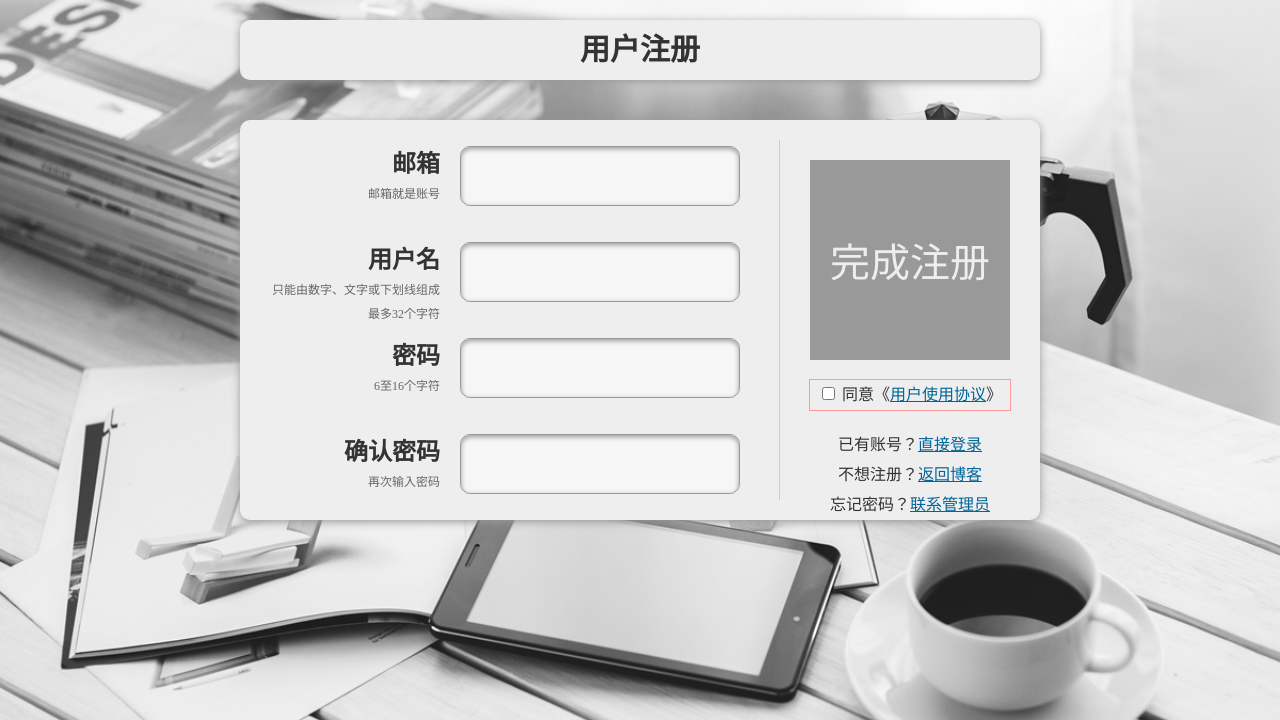
Repository: SUT-GC/myblog
Page: http://localhost/myblog/jsp/registered/registered.jsp
These files come from the project's save history. The page is drawn as it stood at one moment and after the next save; the edit follows.
The browser window is 1280 px wide. The pictures show the whole page.
The page is served by Tomcat 9. Other server files are loaded and not shown.

Above is the page before, as saved 2015-09-30 11:48:17.

### javaee_workspace/myblog/WebContent/jsp/registered/registered.jsp
<%@ page language="java" contentType="text/html; charset=utf-8"
    pageEncoding="utf-8"%>
<!DOCTYPE html PUBLIC "-//W3C//DTD HTML 4.01 Transitional//EN" "http://www.w3.org/TR/html4/loose.dtd">
<html>
<head>
<meta http-equiv="Content-Type" content="text/html; charset=utf-8" />
<title>GC博客用户注册</title>
<script id="jquery_183" type="text/javascript" class="library" src="js/jquery-1.8.3.min.js"></script>
</head>
<body>
<div class="back">
<div id="top"><h1>用户注册</h1></div>
<div class="form-bak">
<form method="post" action="../login/login.jsp" onsubmit="adaptValue();">
<div class="left">
<div class="line" id="line_account">
<div class="info">
<strong>邮箱</strong>
<span class="tips">邮箱就是账号</span>
</div>
<div class="input">
<input type="text" name="account" id="account" onblur="v_account();" onkeyup="v_account();"/>
<div class="none">
<span></span>
</div>
</div>
</div>
<div class="line" id="line_name">
<div class="info">
<strong>用户名</strong>
<span class="tips">只能由数字、文字或下划线组成<br />最多32个字符</span>
</div>
<div class="input">
<input type="text" name="name" id="name" onblur="v_name();" onkeyup="v_name();" />
<div class="none">
<span></span>
</div>
</div>
</div>
<div class="line" id="line_password">
<div class="info">
<strong>密码</strong>
<span class="tips">6至16个字符</span>
</div>
<div class="input">
<input type="password" name="password" id="password" onblur="v_password();" onkeyup="v_password();" />
<div class="none">
<span></span>
</div>
</div>
</div>
<div class="line" id="line_repeat">
<div class="info">
<strong>确认密码</strong>
<span class="tips">再次输入密码</span>
</div>
<div class="input">
<input type="password" name="repeat" id="repeat" onblur="v_repeat();" onkeyup="v_repeat();" />
<div class="none">
<span></span>
</div>
</div>
</div>
</div>
<div class="right">
<input type="submit" id="submit" value="完成注册" disabled="disabled"/>
<div class="readagreement-wrap" onclick="onReadAgreementClick();">
<input type="checkbox" name="agree" id="agree" onchange="v_submitbutton();" />
同意《<a id="readagreement" href="#agreement" onclick="showAgreement();" title="查看用户使用协议">用户使用协议</a>》
</div>
<div>已有账号？<a href="../login/login.jsp">直接登录</a></div>
<div>不想注册？<a href="../nav/index.jsp">返回博客</a></div>
<div>忘记密码？<a href="#">联系管理员</a></div>
</div>
</form>
</div>
<div id="agreement" class="agreement" style="display:none;">
<h1>用户使用协议</h1>
<iframe src=""></iframe>
<input type="button" value="同意" onclick="agree();"/>
<a href="#" class="backtotop" >返回顶部</a>
</div>
</div>
</body>
</html>
<style>* { font-family:"微软雅黑","黑体","宋体"; color:#333;}
a {color:#069;}
body {margin:0; padding:0; background:#ddd;  background: url('img/registered_bg.jpg');
  background-size: 100%,auto;}
.form-bak {width:800px; height:400px; margin:40px auto; background:#eee; border-radius:10px; box-shadow:0 2px 8px #999;}
.left {float:left; width:500px; height:400px;}
.line {width:100%; height:80px; margin:16px 0 0 0;}
.info {float:left; height:100%; width:200px;}
.info strong, .info span {display:block; text-align:right;}
.info strong {font-size:24px; line-height:36px; margin-top:10px; color:#333; }
.info span {font-size:12px; line-height:24px; color:#666; font-family:"微软雅黑","宋体"; }
.input input {background:none; border:none; outline:none; font-size:18px; line-height:40px; height:40px; width:240px; padding:9px 0 9px 9px; border-radius:10px;}
.input {float:right; width:278px; height:58px; background:#f6f6f6; border:1px solid #999; border-radius:10px; box-shadow:inset 0 2px 5px #999; margin:10px 0; position:relative; }
.error,.corect {height:20px; width:20px; position:absolute; top:19px; right:9px; background:url("js/ICON_20.svg") no-repeat 0 -20px;}
.error span {display:block; position:absolute; top:30px; right:20px; background:#fcc; border:1px solid #f33; font-size:12px; line-height:16px; color:#600; padding:6px 10px 4px 10px; border-radius:5px; opacity:.8; white-space:nowrap; overflow:hidden;}
.corect {background-position:0 0;}
.corect span{display:none;}
.none {display:none;}

.right {float:right; width:260px; height:360px; margin:20px 0 0 0; border-left:1px solid #ccc;}
input[type=submit] {background:none; border:none; outline:none; margin:0; padding:0; cursor:pointer;
font-size:40px; height:200px; width:200px; background:#369; margin:20px 30px 0 30px; color:#eee;}
input[type=submit]:disabled {background:#999; cursor:no-drop;}
.right div { margin:0 30px; width:200px; height:30px; line-height:30px; text-align:center;}
.readagreement-wrap {margin:20px 30px!important; outline:1px solid #f99;}

#top h1 {font-size:30px; line-height:40px; padding:10px; text-align:center;}
.agreement,#top {width:800px; margin:20px auto; background:#eee; border-radius:10px; box-shadow:0 2px 8px #999; text-align:center;}
.agreement h1 {display:block; font-size:24px; line-height:30px; padding:20px 20px 10px 20px; margin:0; color:#333; text-align:center;}
.agreement iframe { width:760px; min-height:400px; margin:0 20px 20px 20px; border:none; outline:none;}
.agreement .backtotop {display:block; line-height:20px; padding:10px; text-align:center;}
</style>

<script>function enableSubmit(bool){
if(bool)$("#submit").removeAttr("disabled");
else $("#submit").attr("disabled","disabled");
}
function v_submitbutton(){
if($("#agree").attr("checked")!="checked") {
enableSubmit(false);
$(".readagreement-wrap").css("outline","1px solid #f99");
return;
}else{$(".readagreement-wrap").css("outline","1px solid #9f9");}
for(f in flags) if(!flags[f]) {enableSubmit(false); return;}
enableSubmit(true);
}
function showAgreement(){
$("#readagreement").removeAttr("onclick");
$("#agreement").show();
$("#agreement iframe").attr("src","http://www.baidu.com");//此处为链接地址
}
function agree(){
$("#agreement").hide();
$("#readagreement").attr("onclick","showAgreement();");
if($("#agree").attr("checked")!="checked") $("#agree").trigger("click");
}
function onReadAgreementClick(){
return;
if($("#agree").attr("checked")){
$("#agree").removeAttr("checked");
}else{
$("#agree").attr("checked","checked");
}
v_submitbutton();
}
var flags = [false,false,false,false];
//邮箱验证，网上找到的正则
var RegEmail = /^([a-zA-Z0-9]+[_|\_|\.]?)*[a-zA-Z0-9]+@([a-zA-Z0-9]+[_|\_|\.]?)*[a-zA-Z0-9]+\.[a-zA-Z]{2,3}$/;
function lineState(name,state,msg){
if(state=="none"){$("#line_"+name+" .input div").attr("class","none"); return;}
if(state=="corect"){$("#line_"+name+" .input div").attr("class","corect");return;}
$("#line_"+name+" .input span").text(msg);$("#line_"+name+" .input div").attr("class","error");
}
function v_account(){
var account = $("#account").val();
if(!RegEmail.test(account)) {lineState("account","error","邮箱格式不正确"); flags[0]=false;enableSubmit(false);}
else{lineState("account","corect","");flags[0] = true;}
v_submitbutton();
}
function v_name(){
var name = $("#name").val();
if(name.length==0) {lineState("name","error","不得为空"); flags[1]=false;}
else{
if(name.length>32) {lineState("name","error","必须少于32个字符"); flags[1]=false;}
else{lineState("name","corect",""); flags[1] = true;}
}
v_submitbutton();
}
function v_password(){
var password = $("#password").val();
if(password.length<6) {lineState("password","error","必须多于或等于6个字符"); flags[2]=false;}
else{
if(password.length>16){lineState("password","error","必须少于或等于16个字符"); flags[2]=false;}
else{
lineState("password","corect","");
flags[2] = true;
}
}
v_repeat();
v_submitbutton();
}
function v_repeat(){
if(!flags[2]) {lineState("repeat","none",""); return;}
if($("#password").val()!=$("#repeat").val()) {lineState("repeat","error","密码不一致"); flags[3]=false;}
else{
lineState("repeat","corect","");
flags[3] = true;
}
v_submitbutton();
}

function adaptValue(){
return true;
}</script>

Loaded but not shown: javaee_workspace/myblog/WebContent/jsp/registered/js/jquery-1.8.3.min.js (library)

After the next save:
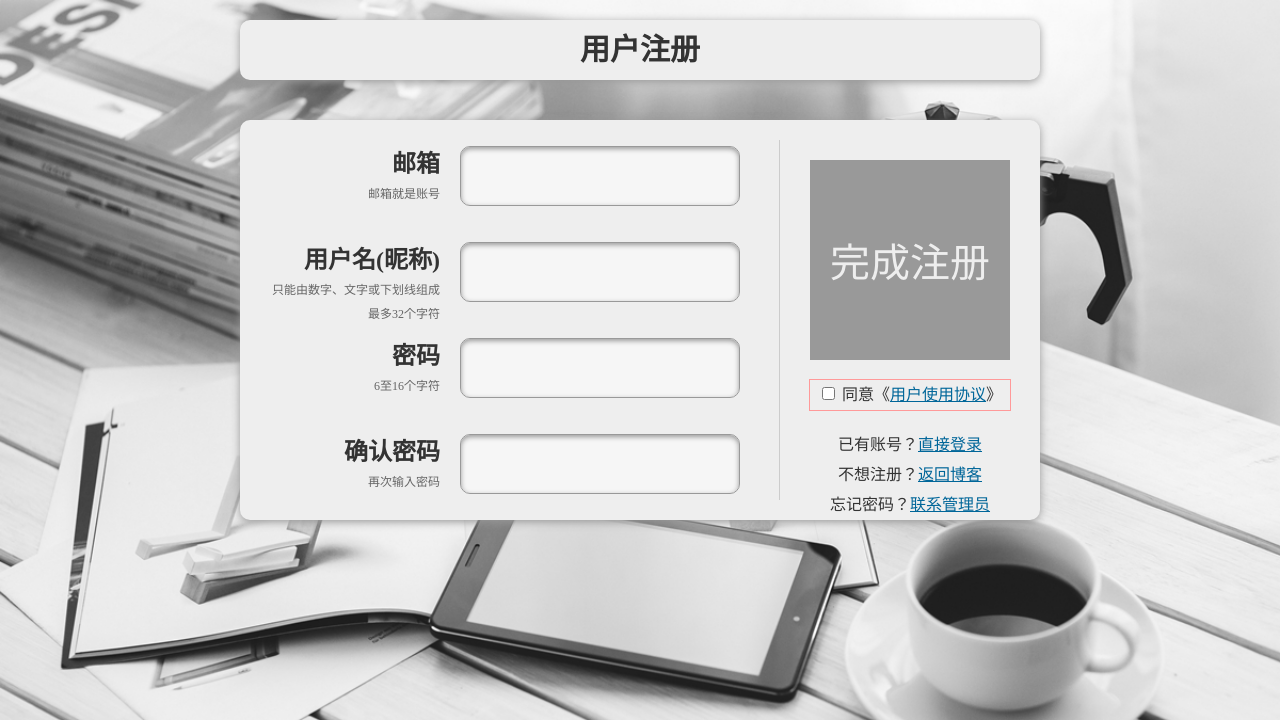
Saved 22 h 7 min later.
--- a/javaee_workspace/myblog/WebContent/jsp/registered/registered.jsp
+++ b/javaee_workspace/myblog/WebContent/jsp/registered/registered.jsp
@@ -27,7 +27,7 @@
 </div>
 <div class="line" id="line_name">
 <div class="info">
-<strong>用户名</strong>
+<strong>用户名(昵称)</strong>
 <span class="tips">只能由数字、文字或下划线组成<br />最多32个字符</span>
 </div>
 <div class="input">
